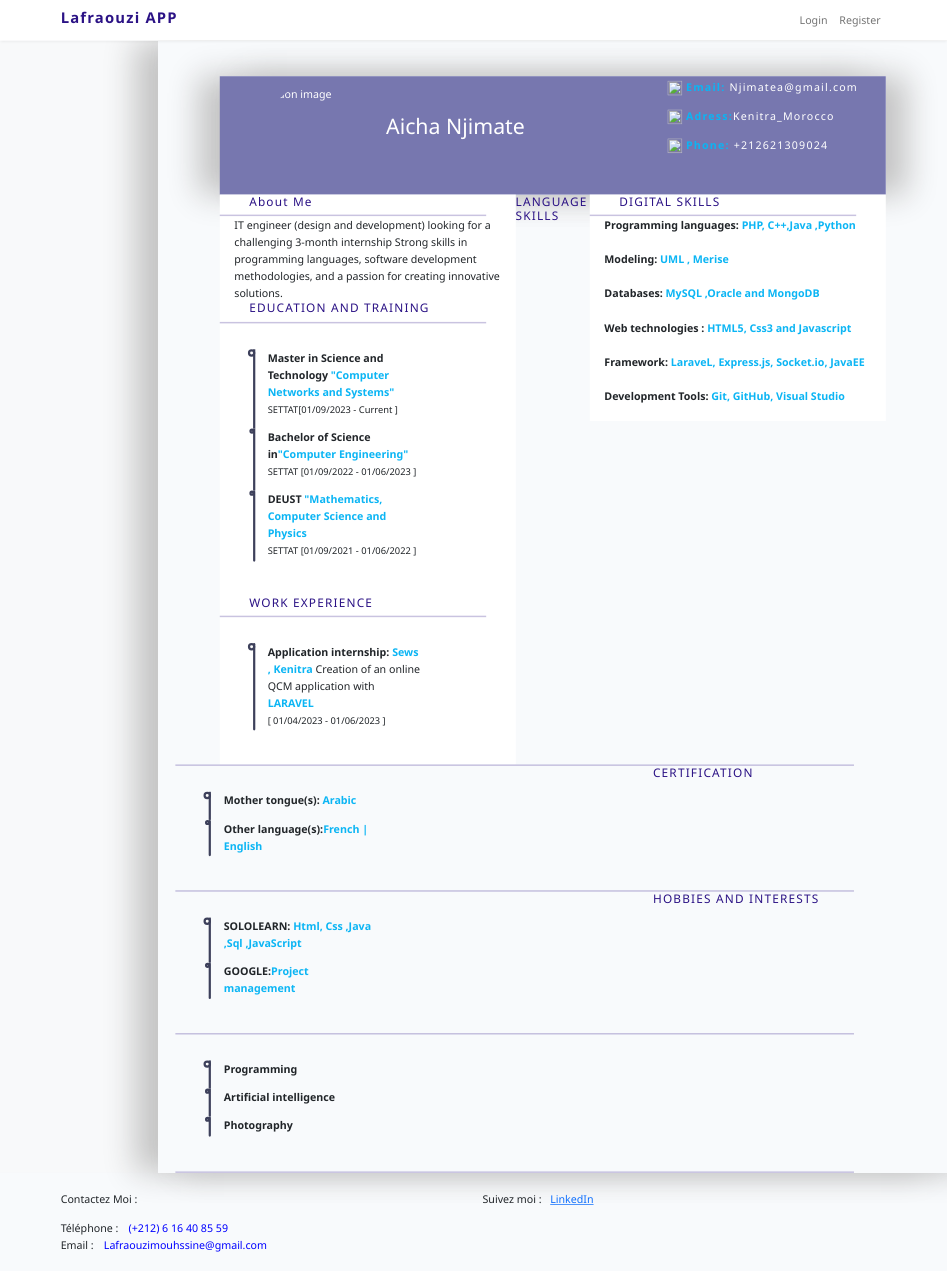
Repository: NjimateAicha/LaravelWeb
Page: http://localhost/aproposDeMoi
These files come from the project's save history. The page is drawn as it stood at one moment and after a run of saves; the edit follows.
The browser window is 1280 px wide. The pictures show the whole page, at 74% of full size.
The page is served by the project's Laravel application, run on PHP 8.4 with Laravel 9. Other server files are loaded and not shown. Style sheets and scripts are compiled from the project's sources, by tool versions that may differ from the author's. Queries for data that is not in the repository find no rows.

Above is the page before, as saved 2024-05-19 15:58:10.

### routes/web.php
<?php

use App\Http\Controllers\AproposDeMoiController;
use App\Http\Controllers\ChartsController;
use App\Http\Controllers\EtudiantController;
use App\Http\Controllers\formulairesController;
use App\Http\Controllers\ImageController;
use App\Http\Controllers\JsController;
use App\Http\Controllers\MapController;
use App\Http\Controllers\MatriceController;
use App\Http\Controllers\PhpController;
use App\Http\Controllers\ProjetController;
use App\Http\Controllers\QuizController;
use Illuminate\Support\Facades\Auth;
use Illuminate\Support\Facades\Route;

/*
|--------------------------------------------------------------------------
| Web Routes
|--------------------------------------------------------------------------
|
| Here is where you can register web routes for your application. These
| routes are loaded by the RouteServiceProvider within a group which
| contains the "web" middleware group. Now create something great!
|
*/

Route::get('/', function () {
    return view('auth.login');
});


Auth::routes();

Route::get('/home', [App\Http\Controllers\HomeController::class, 'index'])->name('home');

Route::get('/projets', [ProjetController::class, 'index'])->name('projets.index');
Route::get('/aproposDeMoi', [AproposDeMoiController::class, 'index'])->name('aProposDeMoi.index');


/* CRUD Student */
Route::resource('/etudiant' ,EtudiantController::class );
/* CRUD image */
Route::resource('/image' ,ImageController::class );
/* CRUD Maps */
Route::resource('/map' ,MapController::class );
/* CRUD Charts */
Route::resource('/charts' ,ChartsController::class );
/* Matrice */
Route::resource('/matrice' ,MatriceController::class );
/* quiz */
Route::resource('/Quiz' ,QuizController::class );
Route::get('/quiz/javascript', [QuizController::class, 'javascriptQuiz'])->name('quiz.javascript');
Route::post('/quiz/calculateJS', [QuizController::class, 'calculateScoreJS'])->name('quiz.calculateJS');
Route::get('/quiz/php', [QuizController::class, 'phpQuiz'])->name('quiz.php');
Route::post('/quiz/calculatePHP', [QuizController::class, 'calculateScorePHP'])->name('quiz.calculatePHP');

### app/Http/Controllers/AproposDeMoiController.php
<?php

namespace App\Http\Controllers;

use Illuminate\Http\Request;

class AproposDeMoiController extends Controller
{
    public function index()
    {
        return view('aProposDeMoi.index');
    }
}

### resources/views/aProposDeMoi/index.blade.php
@extends('layouts.app')
@section('content')
<div class="container mt-5">
{{--     <div class="row">
      <div class="col-md-8 mx-auto">
        <div class="styled-div">
          <p>Bonjour, je suis un jeune Marocain spécialisé dans le domaine informatique, je me distingue par une
            solide formation et une approche créative, fondées sur une recherche approfondie en réseaux,
            systèmes informatiques et développement web. La base de ma formation repose sur une quête
            constante de solutions efficaces et innovantes.</p>
          <p>Mon engagement envers l'apprentissage continu et ma passion pour la programmation constituent
            les piliers de cette démarche, faisant de la maîtrise des environnements stimulants une aspiration
            professionnelle.</p>
          <p><a href="#parcours_académique"> Télécharger curriculum vitae </a></p>
        </div>
      </div>
    </div>
  </div> --}}
  <!DOCTYPE html>
<html lang="en">
<head>
    <meta charset="UTF-8">
    <meta http-equiv="X-UA-Compatible" content="IE=edge">
    <meta name="viewport" content="width=device-width, initial-scale=1.0">
    <title>Resume</title>
    <link rel="preconnect" href="https://fonts.gstatic.com">
    <link rel="stylesheet" href="cv.css">
    <link href="https://fonts.googleapis.com/css2?family=Poppins:wght@100;300;400;600&display=swap" rel="stylesheet">
    <link rel="stylesheet" href="https://cdnjs.cloudflare.com/ajax/libs/font-awesome/4.7.0/css/font-awesome.min.css">
</head>
<style>

body {
    font-family: 'Segoe UI', Tahoma, Geneva, Verdana, sans-serif;
}

main {
    box-shadow: 30px 0px 40px rgb(196, 196, 196), -30px 0px 40px rgb(196, 196, 196);
    margin: auto;
    max-width: 900px;
}

.srkl {
    display: flex;
    justify-content: space-between;
    margin-top: 25px;
    background-color: white;
    width: 100%;
}
header {
    height: 160px;
    padding-top: 10px;
    color: white;
    background-color: #7777af;
}

.photo {
    margin-left: 7%;
    border-radius: 50%;
    width: 130px;
    height: 130px;
    overflow: hidden;
}
.des{
    margin-left: 25%;
    margin-top: -10%;
}
h3{
    color: #2b1285;
    font-weight: bold;
    letter-spacing: .1rem;
    font-size: 20px;
}

.right{
    padding: 0;
    margin: 5px;
    margin-top: -10%;
}
.right p{
   margin-left: 600px;
   letter-spacing: .1rem;
}
.info{
    width: 20px;
    height: 20px;
}
.section-left{
    background-color: white;
    float: left;
    width: 400px;
}
.section-right{
    background-color: white;
    float: right;
    width: 400px;
}
 h4{
    margin-left: 10%;
    color: #2b1285;
    letter-spacing: .1rem;
    font-size: 16px;
}
hr.light{
 border-top: 2px solid #2b1285;
 width: 90%;
 margin-top: .1rem;

}
.atouts{
    margin-left: 10%;
}
.div{
    margin-left: 5%;

}

.skls {
    padding: 0px;
    width: 40%;
    margin-left: 10%
}
.cool {
    background-color: #fff;
    border: 2px solid #ccc;
    width: 300px;
    height: 7px;
}

.po {
    margin-top: 20px;
}
strong{
    color: #0bb5f4;
    text-decoration: none;
}

.interet{
    margin-left: 10%;
}
span{
    margin-left: 10px;
}
.resume{

}
.light {
    margin-bottom: 0; /* Supprime la marge en bas de la ligne horizontale */
}

.func {
    margin-top: 5px; /* Ajoute une marge en haut du paragraphe suivant */
}
ul {
    list-style-type: none;
    padding: 0;
  }

  .resume .base, .resume .func {
    box-sizing: border-box;
    float: left;
  }
  .resume .base > div, .resume .func > div {
    padding-bottom: 10px;
  }
  .resume .base > div:last-of-type, .resume .func > div:last-of-type {
    padding-bottom: 0;
  }

.resume .func {
    width: 645px;
    padding: 30px 25px;
  }



  .resume .func .work ul li, .resume .func .edu ul li {
    position: relative;
    margin-left: 15px;
    padding-left: 25px;
    padding-bottom: 15px;
  }
  .resume .func .work ul li:hover::before, .resume .func .edu ul li:hover::before {
    animation: circle 1.2s infinite;
  }

  @keyframes circle {
    from {
      box-shadow: 0 0 0 0px #3d405b;
    }
    to {
      box-shadow: 0 0 0 6px rgba(61, 64, 91, 0);
    }
  }
  .resume .func .work ul li:first-of-type::before, .resume .func .edu ul li:first-of-type::before {
    width: 10px;
    height: 10px;
    left: -2px;
  }
  .resume .func .work ul li:last-of-type, .resume .func .edu ul li:last-of-type {
    padding-bottom: 3px;
  }
  .resume .func .work ul li:last-of-type::after, .resume .func .edu ul li:last-of-type::after {
    border-radius: 1.5px;
  }
  .resume .func .work ul li::before, .resume .func .work ul li::after, .resume .func .edu ul li::before, .resume .func .edu ul li::after {
    content: "";
    display: block;
    position: absolute;
  }
  .resume .func .work ul li::before, .resume .func .edu ul li::before {
    width: 7px;
    height: 7px;
    border: 3px solid #3d405b;
    background: #fcfcfc;
    border-radius: 50%;
    left: 0;
    z-index: 1;
  }
  .resume .func .work ul li::after, .resume .func .edu ul li::after {
    width: 3px;
    height: 100%;
    background: #3d405b;
    left: 5px;
    top: 0;
  }
  .resume .func .work ul li span, .resume .func .edu ul li span {
    transition-duration: 0.3s;
  }
  .resume .func .work {
    width: 42%;
  }
  .resume .func .edu {
    width: 58%;
  }
  .resume .func .skills-prog {
    clear: both;
  }


</style>
<body>
    <main>
        <header>
            <div class="photo">
                <img src="image/mee.png"  width ="100%" height="100%"alt="ùon image">
            </div>
            <div class="des">
                <h2>Aicha Njimate</h2>


            </div>

            <div class="right">


                <p><img src="image/email.png" class="info"><strong> Email:</strong> Njimatea@gmail.com</p>
                <p><img src="image/loca.png" class="info"> <strong> Adress:</strong>Kenitra_Morocco</p>
               <p><img src="image/telephone_10945101.png" class="info"><strong> Phone:</strong> +212621309024</p>


            </div>


        </header>
        <section class="section-left">

            <h4>About Me</h4>
            <hr class="light">

            <div class="div">
                IT engineer (design and development) looking for a challenging 3-month internship
                 Strong skills in programming languages, software development methodologies, and a passion for creating
                    innovative solutions.
            </div>
                <div class="resume">
                    <h4>EDUCATION AND TRAINING</h4>
                    <hr class="light">
                    <div class="func">
                        <div class="work">

                          <ul>
                            <li><b>Master in Science and Technology <strong> "Computer Networks and Systems"</strong></b><small> SETTAT[01/09/2023 - Current ]</small></li>
                            <li><b>Bachelor of Science in</b><strong>"Computer Engineering"</strong><br><small> SETTAT [01/09/2022 - 01/06/2023 ] </small></li>
                            <li><b>DEUST <strong> "Mathematics, Computer Science and Physics</strong></b><br><small> SETTAT [01/09/2021 - 01/06/2022 ] </small></li>
                          </ul>
                        </div>
                </div>



                <div class="resume">
                    <h4>WORK EXPERIENCE</h4>
                    <hr class="light">
                    <div class="func">
                        <div class="work">

                          <ul>
                            <li><b>Application internship: </b><strong>Sews , Kenitra</strong>
                                Creation of an online QCM application with <strong> LARAVEL</strong><br><small> [ 01/04/2023 - 01/06/2023 ] </small> <br></li>
                          </ul>
                        </div>
                </div>








        </section>
        <section class="section-right">
           <h4>DIGITAL SKILLS </h4>
           <hr class="light">
            <div class="div">
                <div><b>Programming languages: </b>
                    <strong>PHP, C++,Java ,Python</strong>
                </div>
            </div>
            <br>
            <div class="div">
                <div><b>Modeling: </b>
                    <strong> UML , Merise</strong>
                </div>
            </div>
            <br>
            <div class="div">
                <div><b>Databases: </b>
                    <strong>MySQL ,Oracle and MongoDB</strong>
                </div>
            </div>
            <br>
            <div class="div">
                <div><b> Web technologies : </b>
                    <strong>HTML5, Css3 and Javascript</strong>
                </div>
            </div>
            <br>
            <div class="div">
                <div><b>  Framework: </b>
                    <strong>LaraveL, Express.js, Socket.io, JavaEE </strong>
                </div>
            </div>
            <br>

            <div class="div">
                <div><b>Development Tools: </b>
                    <strong> Git,  GitHub, Visual Studio  </strong>
                </div>
            </div>
            <br>




            </div>
            <div class="resume">
                <h4> LANGUAGE SKILLS</h4>
                <hr class="light">
                <div class="func">
                    <div class="work">

                      <ul>
                        <li><b>Mother tongue(s): <strong> Arabic</strong></b></li>
                        <li><b> Other language(s):</b><strong>French | English</strong><br></li>

                      </ul>
                    </div>
            </div>
            <div class="resume">
                <h4> CERTIFICATION </h4>
                <hr class="light">
                <div class="func">
                    <div class="work">

                      <ul>
                        <li><b>SOLOLEARN:<strong> Html, Css ,Java ,Sql ,JavaScript</strong></b></li>
                        <li><b> GOOGLE:</b><strong>Project management</strong><br></li>

                      </ul>
                    </div>
            </div>

            <div class="resume">
                <h4> HOBBIES AND INTERESTS </h4>
                <hr class="light">
                <div class="func">
                    <div class="work">

                      <ul>
                        <li><b>Programming</b></li>
                        <li><b>Artificial intelligence </b></li>
                        <li><b>Photography</b></li>

                      </ul>
                    </div>
            </div>

        </section>
        <div class="srkl">

        </div>
        <hr class="light">
    </main>
</body>

</body>
</html>
@endsection

### resources/views/layouts/app.blade.php
<!doctype html>
<html lang="{{ str_replace('_', '-', app()->getLocale()) }}">

<head>
    <meta charset="utf-8">
    <meta name="viewport" content="width=device-width, initial-scale=1">

    <!-- CSRF Token -->
    <meta name="csrf-token" content="{{ csrf_token() }}">

    <title>{{ config('app.name', 'Lafraouzi') }}</title>

    <!-- Fonts -->
    <link rel="dns-prefetch" href="//fonts.bunny.net">
    <link href="https://fonts.bunny.net/css?family=Nunito" rel="stylesheet">

    <!-- Scripts -->
    @vite(['resources/sass/app.scss', 'resources/js/app.js'])
</head>

<body>
    <div id="app">
        <nav class="navbar navbar-expand-md navbar-light bg-white shadow-sm">
            <div class="container">
                <h3>Lafraouzi APP</h3>
                <button class="navbar-toggler" type="button" data-bs-toggle="collapse"
                    data-bs-target="#navbarSupportedContent" aria-controls="navbarSupportedContent"
                    aria-expanded="false" aria-label="{{ __('Toggle navigation') }}">
                    <span class="navbar-toggler-icon"></span>
                </button>

                <div class="collapse navbar-collapse" id="navbarSupportedContent">
                    <!-- Left Side Of Navbar -->
                    <ul class="navbar-nav me-auto">

                    </ul>

                    <!-- Right Side Of Navbar -->
                    <ul class="navbar-nav ms-auto">
                        <!-- Authentication Links -->
                        @guest
                            @if (Route::has('login'))
                                <li class="nav-item">
                                    <a class="nav-link" href="{{ route('login') }}">{{ __('Login') }}</a>
                                </li>
                            @endif

                            @if (Route::has('register'))
                                <li class="nav-item">
                                    <a class="nav-link" href="{{ route('register') }}">{{ __('Register') }}</a>
                                </li>
                            @endif
                        @else
                            <li class="nav-item dropdown">
                                <a id="navbarDropdown" class="nav-link dropdown-toggle" href="#" role="button"
                                    data-bs-toggle="dropdown" aria-haspopup="true" aria-expanded="false" v-pre>
                                    {{ Auth::user()->name }}
                                </a>

                                <div class="dropdown-menu dropdown-menu-end" aria-labelledby="navbarDropdown">
                                    <a class="dropdown-item" href="{{ route('logout') }}"
                                        onclick="event.preventDefault();
                                                     document.getElementById('logout-form').submit();">
                                        {{ __('Logout') }}
                                    </a>

                                    <form id="logout-form" action="{{ route('logout') }}" method="POST" class="d-none">
                                        @csrf
                                    </form>
                                </div>
                            </li>
                        @endguest
                    </ul>
                </div>
            </div>
        </nav>
        <div class="container-fluid">
            <div class="row ">
                <nav class="col-md-2 d-none d-md-block bg-light sidebar">
                    <div class="position-sticky pt-3" style="height: 400px">

                        <ul class="nav flex-column">
                            @auth
                                <li class="nav-item">
                                    <a class="nav-link active" aria-current="page"
                                        href="{{ route('aProposDeMoi.index') }}">À propos de moi</a>
                                </li>
                                <li class="nav-item">
                                    <a class="nav-link" href="{{ route('projets.index') }}">Mes Projets</a>
                                </li>
                            @endauth
                        </ul>


                    </div>
                </nav>
                <main class="col-md-9 ms-sm-auto col-lg-10 px-md-4">
                    @yield('content') </main>
            </div>
        </div>

        <footer class="bg-gray-200 py-4 pt-56">
            <div class="container mx-auto">
                <div class="row justify-content-between">
                    <div class="col-md-6">
                        <div class="text-gray-600">
                            <p>Contactez Moi :</p>
                            <p class="d-inline">Téléphone : <span style="color: blue;">(+212) 6 16 40 85 59</span></p>
                            <br>
                            <p class="d-inline">Email : <span style="color: blue;">Lafraouzimouhssine@gmail.com</span>
                            </p>
                        </div>
                    </div>
                    <div class="col-md-6">
                        <div class="text-gray-600">
                            <p class="d-inline-block me-2 mb-0">Suivez moi :</p>
                            <a href="https://www.linkedin.com/" class="text-blue-500 hover:text-blue-700 d-inline-block"
                                target="_blank">LinkedIn</a>
                        </div>
                    </div>
                </div>
            </div>
        </footer>


    </div>
    {{--  <script>
        window.watsonAssistantChatOptions = {
          integrationID: "49560a46-f018-4c49-8a83-d069b96fc72b", // The ID of this integration.
          region: "au-syd", // The region your integration is hosted in.
          serviceInstanceID: "493a2bdb-b4a9-4c8b-a004-17e8e85d6536", // The ID of your service instance.
          onLoad: async (instance) => { await instance.render(); }
        };
        setTimeout(function(){
          const t=document.createElement('script');
          t.src="https://web-chat.global.assistant.watson.appdomain.cloud/versions/" + (window.watsonAssistantChatOptions.clientVersion || 'latest') + "/WatsonAssistantChatEntry.js";
          document.head.appendChild(t);
        });
      </script>  --}}
</body>

</html>

### app/Http/Controllers/ImageController.php
<?php

namespace App\Http\Controllers;

use App\Models\Image;
use Illuminate\Http\Request;
use Illuminate\Support\Facades\Storage;

class ImageController extends Controller
{
    /**
     * Display a listing of the resource.
     *
     * @return \Illuminate\Http\Response
     */
    public function index()
    {

    }

    /**
     * Show the form for creating a new resource.
     *
     * @return \Illuminate\Http\Response
     */
    public function create()
{
    $images = Image::all();
    return view('image.create', compact('images'));
}

    /**
     * Store a newly created resource in storage.
     *
     * @param  \Illuminate\Http\Request  $request
     * @return \Illuminate\Http\Response
     */
    public function store(Request $request)
{
    $request->validate([
        'image_file' => 'required|image|mimes:jpeg,png,jpg,gif|max:2048', // Valider les images avec les extensions jpeg, png, jpg, gif et une taille maximale de 2 Mo
    ]);

    $size = $request->file('image_file')->getSize();
    $name = $request->file('image_file')->getClientOriginalName();
    $type = $request->file('image_file')->getClientOriginalExtension();
    $bin_img = file_get_contents($request->file('image_file')->getRealPath());

    $image = Image::create([
        'nom' => $name,
        'type' => $type,
        'size' => $size,
        'bin_img' => $bin_img,
    ]);

    $request->file('image_file')->storeAs('public/images/', $name);



    // Redirection avec un message de succès
    return redirect()->route('image.create')->with('success', 'image est enregistré avec succès.');

}


    /**
     * Display the specified resource.
     *
     * @param  \App\Models\Image  $image
     * @return \Illuminate\Http\Response
     */
    public function show(Image $image)
    {
        //
    }

    /**
     * Show the form for editing the specified resource.
     *
     * @param  \App\Models\Image  $image
     * @return \Illuminate\Http\Response
     */
    public function edit(Image $image)
    {
        //
    }

    /**
     * Update the specified resource in storage.
     *
     * @param  \Illuminate\Http\Request  $request
     * @param  \App\Models\Image  $image
     * @return \Illuminate\Http\Response
     */
    public function update(Request $request, Image $image)
    {
        //
    }

    /**
     * Remove the specified resource from storage.
     *
     * @param  \App\Models\Image  $image
     * @return \Illuminate\Http\Response
     */
    public function destroy(Image $image)
{
    // Supprimer l'image de la base de données
    $image->delete();

    // Supprimer le fichier image du stockage
    Storage::delete('public/images/' . $image->nom);

    return redirect()->back()->with('success', 'Image supprimée avec succès');
}

}

### app/Models/Image.php
<?php

namespace App\Models;

use Illuminate\Database\Eloquent\Factories\HasFactory;
use Illuminate\Database\Eloquent\Model;

class Image extends Model
{
    use HasFactory;
    protected $fillable = ['nom', 'type', 'size', 'bin_img'];
}

Loaded but not shown: app/Http/Controllers/Auth/ConfirmPasswordController.php (common file); app/Http/Controllers/Controller.php (common file); resources/sass/app.scss (common file); resources/sass/_variables.scss (common file)

After the next 3 saves:
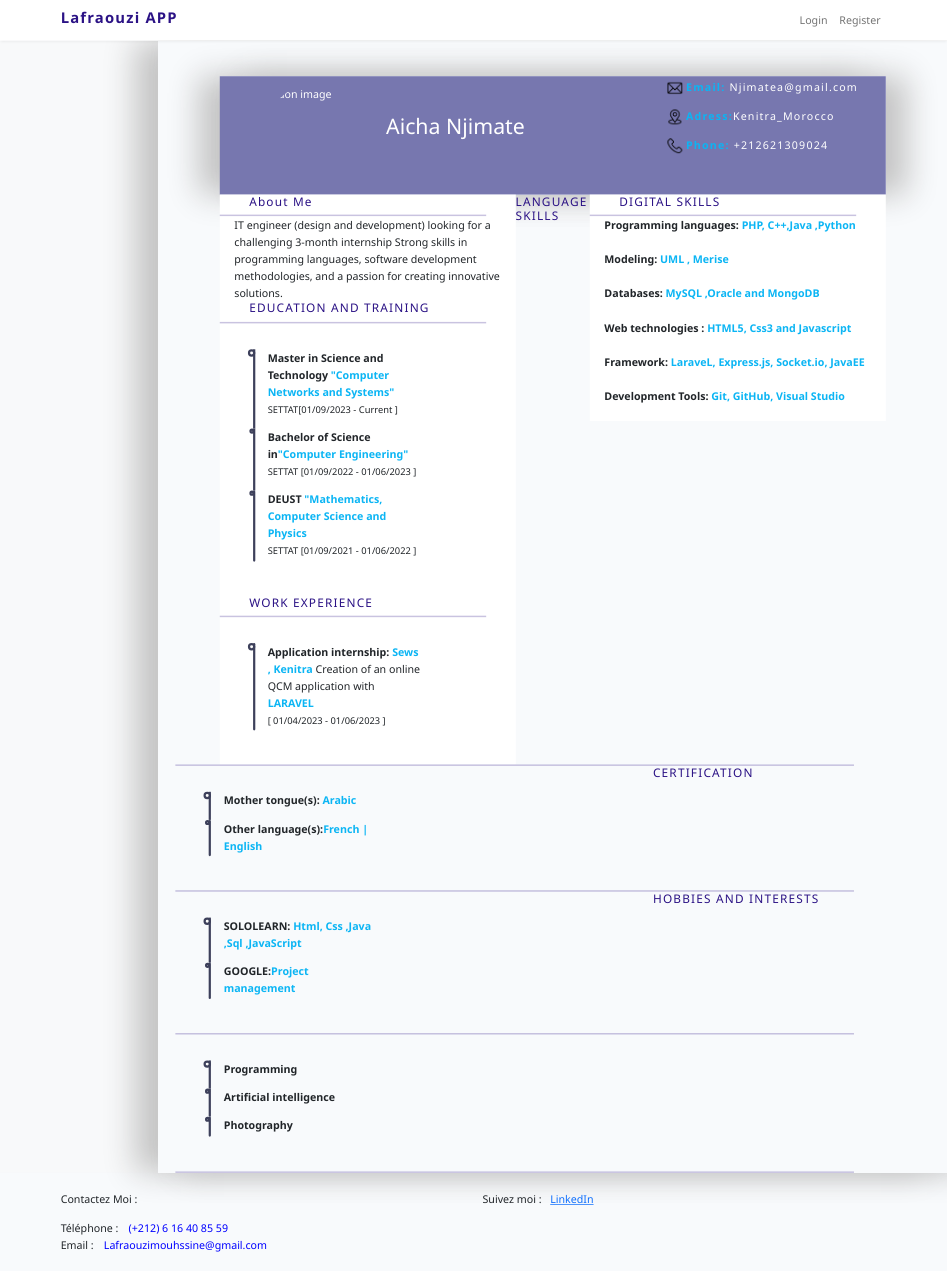
The 3 saves are shown as one change because they came seconds apart.
The last was saved 75 s later.
--- a/resources/views/aProposDeMoi/index.blade.php
+++ b/resources/views/aProposDeMoi/index.blade.php
@@ -254,9 +254,9 @@ ul {
             <div class="right">
 
 
-                <p><img src="image/email.png" class="info"><strong> Email:</strong> Njimatea@gmail.com</p>
-                <p><img src="image/loca.png" class="info"> <strong> Adress:</strong>Kenitra_Morocco</p>
-               <p><img src="image/telephone_10945101.png" class="info"><strong> Phone:</strong> +212621309024</p>
+                <p><img src="images/email.png" class="info"><strong> Email:</strong> Njimatea@gmail.com</p>
+                <p><img src="images/loca.png" class="info"> <strong> Adress:</strong>Kenitra_Morocco</p>
+               <p><img src="images/telephone_10945101.png" class="info"><strong> Phone:</strong> +212621309024</p>
 
 
             </div>
